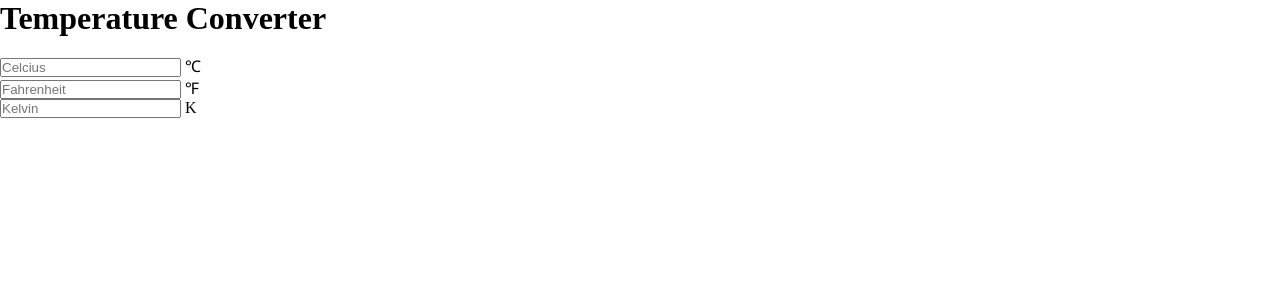
Repository: kiranjeetkaur01/tempconverter.github.io
Page: index.html
The author's editor kept a copy of each file at every save. The page is drawn from the files as they stood at one save, then again after the next save.
The browser window is 1280 px wide. The pictures show the whole page.

Above is the page before, as saved 2023-09-27 12:04:58.

After the next save:
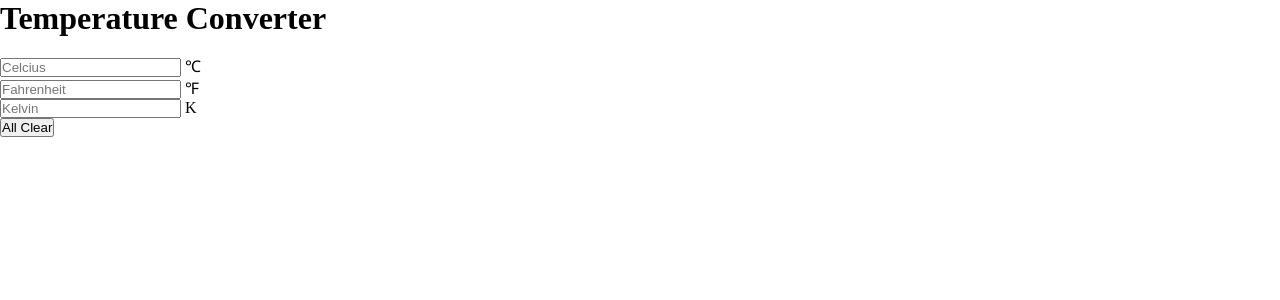
Saved 81 s later.
--- a/index.html
+++ b/index.html
@@ -34,6 +34,9 @@
         <input type="number" name="" placeholder="Kelvin">
         <span class="icon">&#8490</span>
       </div>
+      <div class="button">
+        <button>All Clear</button>
+      </div>
     </div>
   </body>
 </html>
